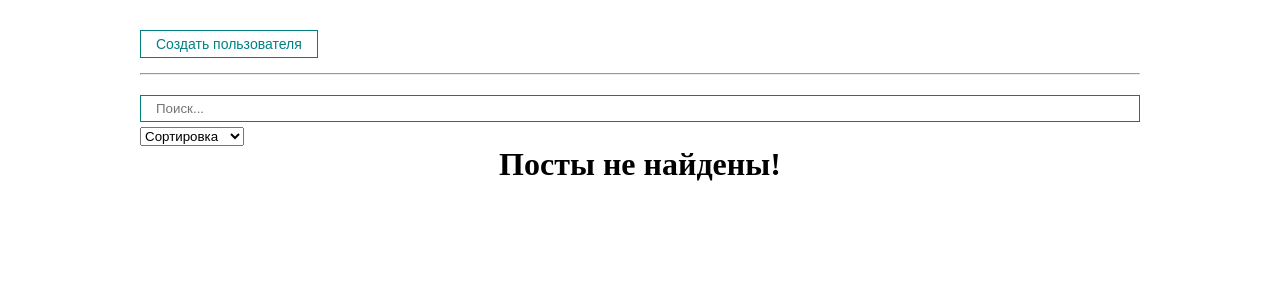
Repository: otvertka/ulb
Page: /
These files come from the project's save history. The page is drawn as it stood at one moment and after the next save; the edit follows.
The browser window is 1280 px wide. The pictures show the whole page.
The project was rebuilt for these pictures with package versions that can differ from the ones it lists, and the page was loaded fresh each time. Also part of the build but not shown: src/components/Counter.jsx, src/components/ClassCounter.jsx, src/components/PostItem.jsx.

Above is the page before, as saved 2023-06-13 17:26:28.

### public/index.html
<!DOCTYPE html>
<html lang="en">
  <head>
    <meta charset="utf-8" />
    <meta name="viewport" content="width=device-width, initial-scale=1" />

    <title>React App</title>
  </head>
  <body>
    <noscript>You need to enable JavaScript to run this app.</noscript>
    <div id="root">
      <!-- ЗДЕСЬ БУДЕТ НАШЕ JS ПРИЛОЖЕНИЕ -->
    </div>
  </body>
</html>

### src/index.js
import React from "react";
import ReactDOM from "react-dom";
import App from "./App";

// const root = ReactDOM.createRoot(document.getElementById("root"));
// root.render(<App />);
ReactDOM.render(<App />, document.getElementById("root"));

### src/App.js
import React, { useState, useMemo, useRef } from "react";

import Counter from "./components/Counter";
import ClassCounter from "./components/ClassCounter";
import "./styles/App.css";
import PostItem from "./components/PostItem";
import PostList from "./components/PostList";
import MyButton from "./components/UI/button/MyButton";
import MyInput from "./components/UI/input/MyInput";
import PostForm from "./components/PostForm";
import MySelect from "./components/UI/select/MySelect";
import PostFilter from "./components/PostFilter";
import MyModal from "./components/UI/MyModal/MyModal";
import { usePosts } from "./hooks/usePosts";
import axios, { Axios } from "axios";

function App() {
  const [posts, setPosts] = useState([]);

  const [filter, setFilter] = useState({ sort: "", query: "" });
  const [modal, setModal] = useState(false);
  const sortedAndSearchedPosts = usePosts(posts, filter.sort, filter.query);

  const createPost = (newPost) => {
    setPosts([...posts, newPost]);
    setModal(false);
  };

  async function fetchPosts() {
    const response = await axios.get(
      "https://jsonplaceholder.typicode.com/posts"
    );
    console.log(response.data);
  }

  // Получаем post из дочернего компонента
  const removePost = (post) => {
    setPosts(posts.filter((p) => p.id !== post.id));
  };

  // импортируем компонент
  return (
    <div className="App">
      <MyButton style={{ marginTop: 30 }} onClick={() => setModal(true)}>
        Создать пользователя
      </MyButton>

      <MyModal visible={modal} setVisible={setModal}>
        <PostForm create={createPost} />
      </MyModal>

      <hr style={{ margin: "15px 0" }} />
      <PostFilter filter={filter} setFilter={setFilter} />
      <PostList
        remove={removePost}
        posts={sortedAndSearchedPosts}
        title="Посты по JS"
      />
    </div>
  );
}

export default App;

### src/styles/App.css
* {
  margin: 0;
  padding: 0;
  box-sizing: border-box;
}

/* Рут- блок из index.html */
#root {
  display: flex;
  justify-content: center;
}

.App {
  width: 1000px;
}

.post {
  display: flex;
  padding: 15px;
  border: 2px solid teal;
  margin-top: 15px;
  justify-content: space-between;
  align-items: center;
}

.post-enter {
  transform: translateX(-450px);
}
.post-enter-active {
  transform: translateX(0px);
  transition: all 500ms ease-in;
}
.post-exit {
  opacity: 1;
}
.post-exit-active {
  transform: translateX(-450px);
  transition: all 500ms ease-in;
}

### src/components/PostList.jsx
import React from "react";
import PostItem from "./PostItem";
import { TransitionGroup, CSSTransition } from "react-transition-group";

const PostList = ({ posts, title, remove }) => {
  if (!posts.length) {
    return <h1 style={{ textAlign: "center" }}>Посты не найдены!</h1>;
  }
  return (
    <div>
      <h1 style={{ textAlign: "center" }}>{title}</h1>
      <TransitionGroup>
        {posts.map((post, index) => (
          <CSSTransition key={post.id} timeout={500} classNames="post">
            <PostItem remove={remove} number={index + 1} post={post} />
          </CSSTransition>
        ))}
      </TransitionGroup>
    </div>
  );
};

export default PostList;

### src/components/UI/button/MyButton.jsx
import React from "react";
import classes from "./MyButton.module.css";

const MyButton = ({ children, ...props }) => {
  return (
    //
    <button {...props} className={classes.myBtn}>
      {children}
    </button>
  );
};

export default MyButton;

### src/components/UI/input/MyInput.jsx
import React from "react";
import classes from "./MyInput.module.css";

const MyInput = React.forwardRef((props, ref) => {
  return (
    //
    <input ref={ref} className={classes.myInput} {...props} />
  );
});

export default MyInput;

### src/components/PostForm.jsx
import React, { useState } from "react";
import MyInput from "./UI/input/MyInput";
import MyButton from "./UI/button/MyButton";

const PostForm = ({ create }) => {
  const [post, setPost] = useState({ title: "", body: "" });

  const addNewPost = (e) => {
    e.preventDefault();

    const newPost = { ...post, id: Date.now() };
    create(newPost);
    setPost({ title: "", body: "" });
  };
  return (
    <form>
      {/* Управляемый компонент */}
      <MyInput
        value={post.title}
        onChange={(e) => setPost({ ...post, title: e.target.value })}
        type="text"
        placeholder="Название поста"
      ></MyInput>
      {/* Неуправляемый\ Неконтролируемый компонент */}
      <MyInput
        value={post.body}
        onChange={(e) => setPost({ ...post, body: e.target.value })}
        type="text"
        placeholder="Описание поста"
      ></MyInput>
      <MyButton onClick={addNewPost}>Создать пост</MyButton>
    </form>
  );
};

export default PostForm;

### src/components/UI/select/MySelect.jsx
import React from "react";

const MySelect = ({ options, defaultValue, value, onChange }) => {
  return (
    //
    <select value={value} onChange={(event) => onChange(event.target.value)}>
      <option disabled value="">
        {defaultValue}
      </option>
      {options.map((option) => (
        <option key={option.value} value={option.value}>
          {option.name}
        </option>
      ))}
    </select>
  );
};

export default MySelect;

### src/components/PostFilter.jsx
import React from "react";
import MyInput from "./UI/input/MyInput";
import MySelect from "./UI/select/MySelect";

const PostFilter = ({ filter, setFilter }) => {
  return (
    //
    <div>
      <MyInput
        value={filter.query}
        onChange={(e) => setFilter({ ...filter, query: e.target.value })}
        placeholder="Поиск..."
      />
      <MySelect
        value={filter.sort}
        onChange={(selectedSort) =>
          setFilter({ ...filter, sort: selectedSort })
        }
        defaultValue="Сортировка"
        options={[
          { value: "title", name: "По названию" },
          { value: "body", name: "По описанию" },
        ]}
      />
    </div>
  );
};

export default PostFilter;

### src/components/UI/MyModal/MyModal.jsx
import React from "react";
import cl from "./MyModal.module.css";

const MyModal = ({ children, visible, setVisible }) => {
  const rootClasses = [cl.myModal];

  if (visible) {
    rootClasses.push(cl.active);
  }
  return (
    <div className={rootClasses.join(" ")} onClick={() => setVisible(false)}>
      <div className={cl.myModalContent} onClick={(e) => e.stopPropagation()}>
        {children}
      </div>
    </div>
  );
};

export default MyModal;

### src/hooks/usePosts.js
import { useMemo } from "react";

export const useSortedPosts = (posts, sort) => {
  const sortedPosts = useMemo(() => {
    if (sort) {
      return [...posts].sort(
        (a, b) => a[sort].localeCompare(b[sort]) // развернём Посты в новый массив и мутируем его
      );
    }
    return posts;
  }, [sort, posts]);

  return sortedPosts;
};

export const usePosts = (posts, sort, query) => {
  const sortedPosts = useSortedPosts(posts, sort);

  const sortedAndSearchedPosts = useMemo(() => {
    return sortedPosts.filter((post) =>
      post.title.toLowerCase().includes(query.toLowerCase())
    );
  }, [query, sortedPosts]);

  return sortedAndSearchedPosts;
};

### src/components/UI/MyModal/MyModal.module.css
.myModal {
  position: fixed;
  top: 0;
  bottom: 0;
  right: 0;
  left: 0;
  display: none;
  background: rgba(0, 0, 0, 0.4);
}

.myModalContent {
  padding: 25px;
  background: rgb(240, 202, 202);
  border-radius: 16px;
  min-width: 250px;
}

.myModal.active {
  display: flex;
  justify-content: center;
  align-items: center;
}

Loaded but not shown: src/components/UI/button/MyButton.module.css (common file); src/components/UI/input/MyInput.module.css (common file)

After the next save:
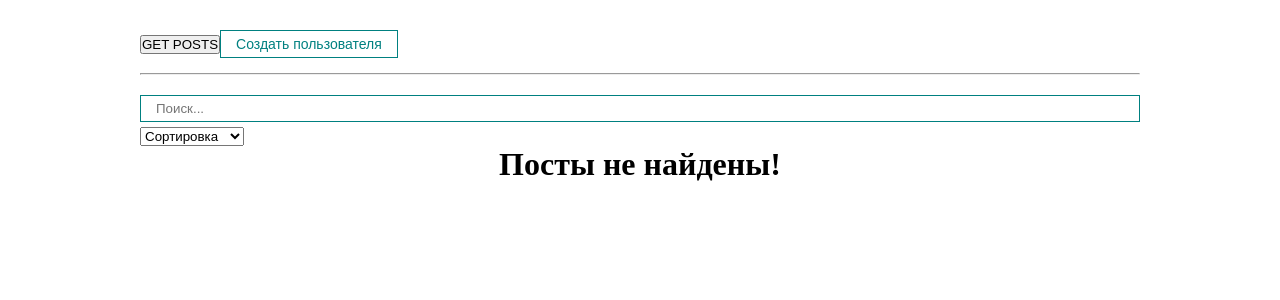
Saved 2 min 16 s later.
--- a/src/App.js
+++ b/src/App.js
@@ -41,6 +41,7 @@ function App() {
   // импортируем компонент
   return (
     <div className="App">
+      <button onClick={fetchPosts}>GET POSTS</button>
       <MyButton style={{ marginTop: 30 }} onClick={() => setModal(true)}>
         Создать пользователя
       </MyButton>
